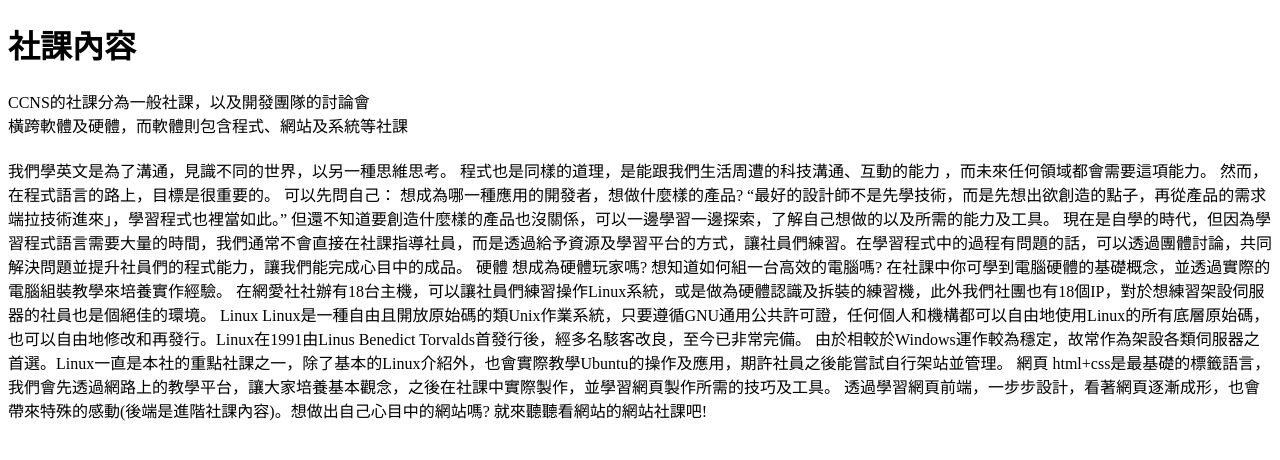
Repository: ccns/ccns_website
Page: classes.html
The author's editor kept a record of every edit. The page is drawn from the files as they stood at one moment, then again after the next edit.
The browser window is 1280 px wide. The pictures show the whole page.

Above is the page before.

### classes.html
<!DOCTYPE html>
<html>
<head>
	<div id="DivClubClassContent">
		<h1>社課內容</h1>
		<p>CCNS的社課分為一般社課，以及開發團隊的討論會<br>
		橫跨軟體及硬體，而軟體則包含程式、網站及系統等社課<br></p>

		<h1程式></h1>
		<p></p>

		<h1></h1>
		<p></p>

		<h1></h1>
		<p></p>

		<h1></h1>
		<p></p>

		<h1></h1>
		<p></p>


我們學英文是為了溝通，見識不同的世界，以另一種思維思考。
程式也是同樣的道理，是能跟我們生活周遭的科技溝通、互動的能力 ，而未來任何領域都會需要這項能力。
然而，在程式語言的路上，目標是很重要的。 可以先問自己：
想成為哪一種應用的開發者，想做什麼樣的產品?
“最好的設計師不是先學技術，而是先想出欲創造的點子，再從產品的需求端拉技術進來」，學習程式也裡當如此。”
但還不知道要創造什麼樣的產品也沒關係，可以一邊學習一邊探索，了解自己想做的以及所需的能力及工具。
現在是自學的時代，但因為學習程式語言需要大量的時間，我們通常不會直接在社課指導社員，而是透過給予資源及學習平台的方式，讓社員們練習。在學習程式中的過程有問題的話，可以透過團體討論，共同解決問題並提升社員們的程式能力，讓我們能完成心目中的成品。

硬體

想成為硬體玩家嗎?  想知道如何組一台高效的電腦嗎?  在社課中你可學到電腦硬體的基礎概念，並透過實際的電腦組裝教學來培養實作經驗。
在網愛社社辦有18台主機，可以讓社員們練習操作Linux系統，或是做為硬體認識及拆裝的練習機，此外我們社團也有18個IP，對於想練習架設伺服器的社員也是個絕佳的環境。

Linux
Linux是一種自由且開放原始碼的類Unix作業系統，只要遵循GNU通用公共許可證，任何個人和機構都可以自由地使用Linux的所有底層原始碼，也可以自由地修改和再發行。Linux在1991由Linus Benedict Torvalds首發行後，經多名駭客改良，至今已非常完備。
由於相較於Windows運作較為穩定，故常作為架設各類伺服器之首選。Linux一直是本社的重點社課之一，除了基本的Linux介紹外，也會實際教學Ubuntu的操作及應用，期許社員之後能嘗試自行架站並管理。


網頁

html+css是最基礎的標籤語言，我們會先透過網路上的教學平台，讓大家培養基本觀念，之後在社課中實際製作，並學習網頁製作所需的技巧及工具。  透過學習網頁前端，一步步設計，看著網頁逐漸成形，也會帶來特殊的感動(後端是進階社課內容)。想做出自己心目中的網站嗎? 就來聽聽看網站的網站社課吧!

	</div>

</head>
<body>
</body>
</html>

After the next edit:
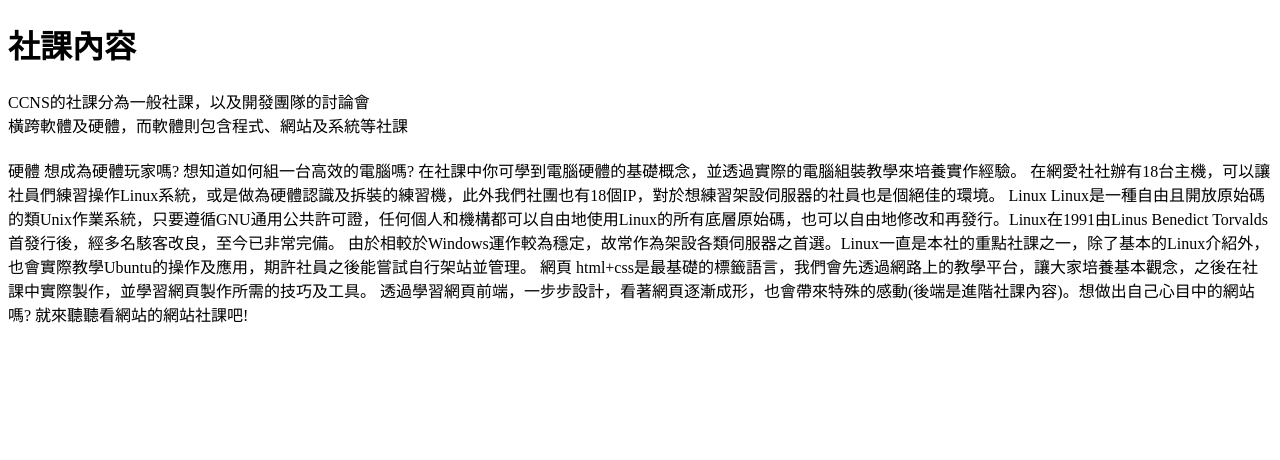
The edit:
--- a/classes.html
+++ b/classes.html
@@ -22,13 +22,6 @@
 		<p></p>
 
 
-我們學英文是為了溝通，見識不同的世界，以另一種思維思考。
-程式也是同樣的道理，是能跟我們生活周遭的科技溝通、互動的能力 ，而未來任何領域都會需要這項能力。
-然而，在程式語言的路上，目標是很重要的。 可以先問自己：
-想成為哪一種應用的開發者，想做什麼樣的產品?
-“最好的設計師不是先學技術，而是先想出欲創造的點子，再從產品的需求端拉技術進來」，學習程式也裡當如此。”
-但還不知道要創造什麼樣的產品也沒關係，可以一邊學習一邊探索，了解自己想做的以及所需的能力及工具。
-現在是自學的時代，但因為學習程式語言需要大量的時間，我們通常不會直接在社課指導社員，而是透過給予資源及學習平台的方式，讓社員們練習。在學習程式中的過程有問題的話，可以透過團體討論，共同解決問題並提升社員們的程式能力，讓我們能完成心目中的成品。
 
 硬體
 
